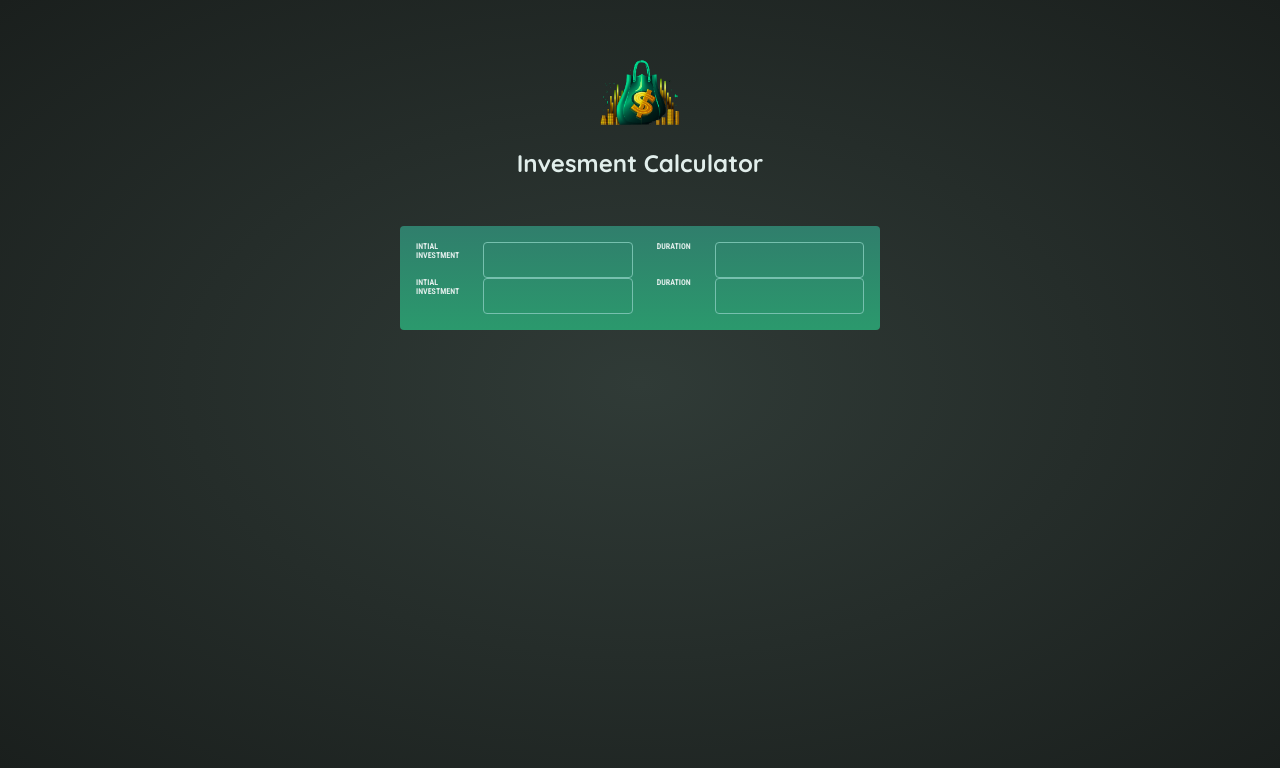
Repository: sibi24sibi/investment-calculator
Page: /
These files come from the project's save history. The page is drawn as it stood at one moment and after the next save; the edit follows.
The browser window is 1280 px wide. The pictures show the whole page.
The project was rebuilt for these pictures with package versions that can differ from the ones it lists, and the page was loaded fresh each time. Also part of the build but not shown: vite.config.js.

Above is the page before, as saved 2024-05-26 10:49:10.

### src/App.jsx
import logo from './assets/investment-calculator-logo.png'
import Inputs from './components/Inputs'
function App() {
  return (
    <>
    <div id="header">
      <img src={logo} alt="" srcset="" />
      <h1>Invesment Calculator</h1>
    </div>
    <Inputs />
    </>
  )
}

export default App

### src/components/Inputs.jsx
import { useState } from "react"

export default function Input() {

    useState(

    );
    return (
        <section id='user-input'>
            <div className="input-group">
                <label htmlFor="">Intial investment</label>
                <input type="number" name="initialInvestment" id="initialInvestment" />
                <label htmlFor="">Duration</label>
                <input type="number" name="Duration" id="Duration" />
            </div>
            <div className="input-group">
                <label htmlFor="">Intial investment</label>
                <input type="number" name="initialInvestment" id="initialInvestment" />
                <label htmlFor="">Duration</label>
                <input type="number" name="Duration" id="Duration" />
            </div>
        </section>
    )
}

Loaded but not shown: index.html (common file); src/index.jsx (common file); src/index.css (common file)

After the next save:
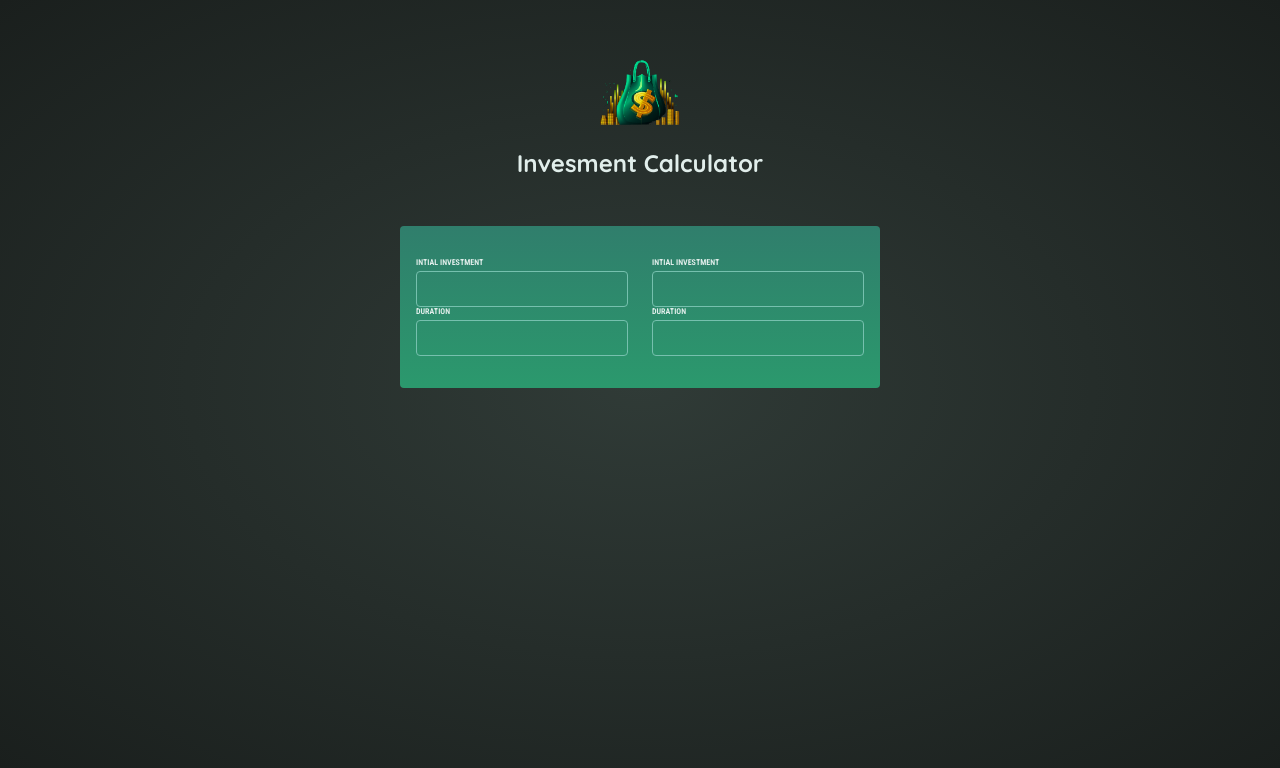
Saved 3 min 3 s later.
--- a/src/components/Inputs.jsx
+++ b/src/components/Inputs.jsx
@@ -8,16 +8,18 @@ export default function Input() {
     return (
         <section id='user-input'>
             <div className="input-group">
+                <p>
                 <label htmlFor="">Intial investment</label>
                 <input type="number" name="initialInvestment" id="initialInvestment" />
                 <label htmlFor="">Duration</label>
                 <input type="number" name="Duration" id="Duration" />
-            </div>
-            <div className="input-group">
+                </p>
+                <p>
                 <label htmlFor="">Intial investment</label>
                 <input type="number" name="initialInvestment" id="initialInvestment" />
                 <label htmlFor="">Duration</label>
                 <input type="number" name="Duration" id="Duration" />
+                </p>
             </div>
         </section>
     )
